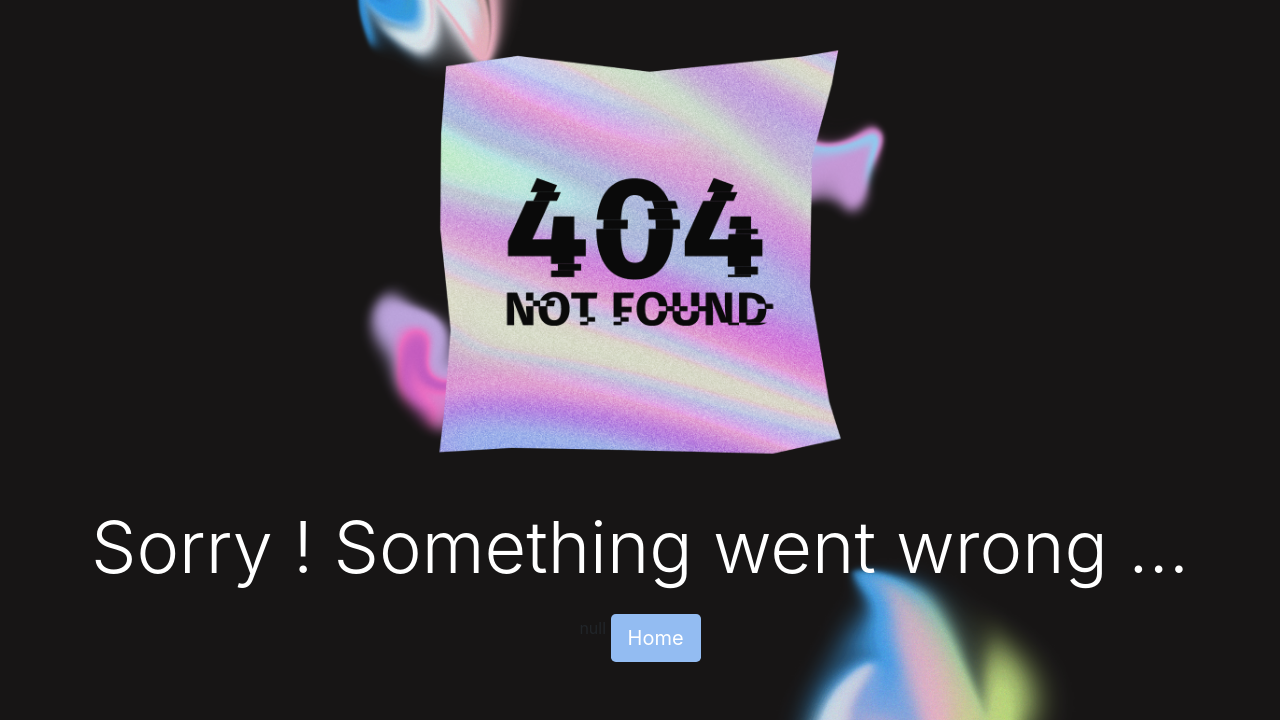
Repository: WafaBenyettou/Blog
Page: http://localhost/Blog/error_page.jsp
The author's editor kept a copy of each file at every save. The page is drawn from the files as they stood at one save, then again after the next save.
The browser window is 1280 px wide. The pictures show the whole page.
The page is served by Tomcat 9. Other server files are loaded and not shown.

Above is the page before, as saved 2023-06-06 16:15:14.

### Blog/src/main/webapp/error_page.jsp
<%@page contentType="text/html" pageEncoding="UTF-8"%>
<%@page isErrorPage="true" %>
<!DOCTYPE html>
<html>
    <head>
        <meta http-equiv="Content-Type" content="text/html; charset=UTF-8">
        <title>Sorry ! something went wrong...</title>

        <!--css-->
        <link rel="stylesheet" href="https://maxcdn.bootstrapcdn.com/bootstrap/4.0.0/css/bootstrap.min.css" integrity="sha384-Gn5384xqQ1aoWXA+058RXPxPg6fy4IWvTNh0E263XmFcJlSAwiGgFAW/dAiS6JXm" crossorigin="anonymous">
        <link href="css/mystyle.css" rel="stylesheet" type="text/css"/>
        <link rel="stylesheet" href="https://cdnjs.cloudflare.com/ajax/libs/font-awesome/4.7.0/css/font-awesome.min.css">
        <style>
          body{
                background:url(img/background.png);
                background-size: cover;
                background-attachment: fixed;
            }
        </style>

    </head>
    <body>
        <div class="container text-center">
            <img src="img/error1.png" class="img-fluid" style="height: 70vh" >
            <h3 class="display-3 text-white">Sorry ! Something went wrong ...</h3>
            <%= exception%>
            <a href="index.jsp" class="btn primary-background btn-lg text-white mt-3">Home </a>
        </div>


    </body>
</html>

### Blog/src/main/webapp/css/mystyle.css
body{

}
.primary-background{
    background:#93bcf2!important;
}

After the next save:
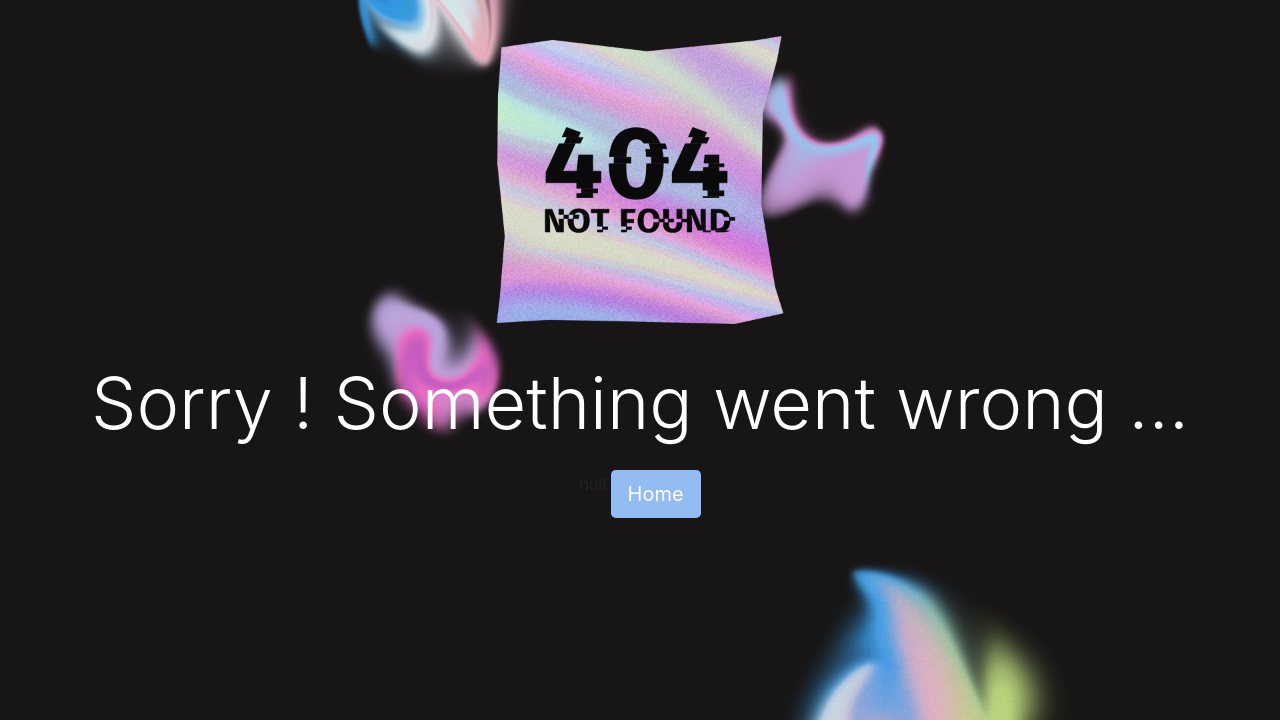
Saved 19 s later.
--- a/Blog/src/main/webapp/error_page.jsp
+++ b/Blog/src/main/webapp/error_page.jsp
@@ -21,7 +21,7 @@
     </head>
     <body>
         <div class="container text-center">
-            <img src="img/error1.png" class="img-fluid" style="height: 70vh" >
+            <img src="img/error1.png" class="img-fluid" style="height: 50vh" >
             <h3 class="display-3 text-white">Sorry ! Something went wrong ...</h3>
             <%= exception%>
             <a href="index.jsp" class="btn primary-background btn-lg text-white mt-3">Home </a>
